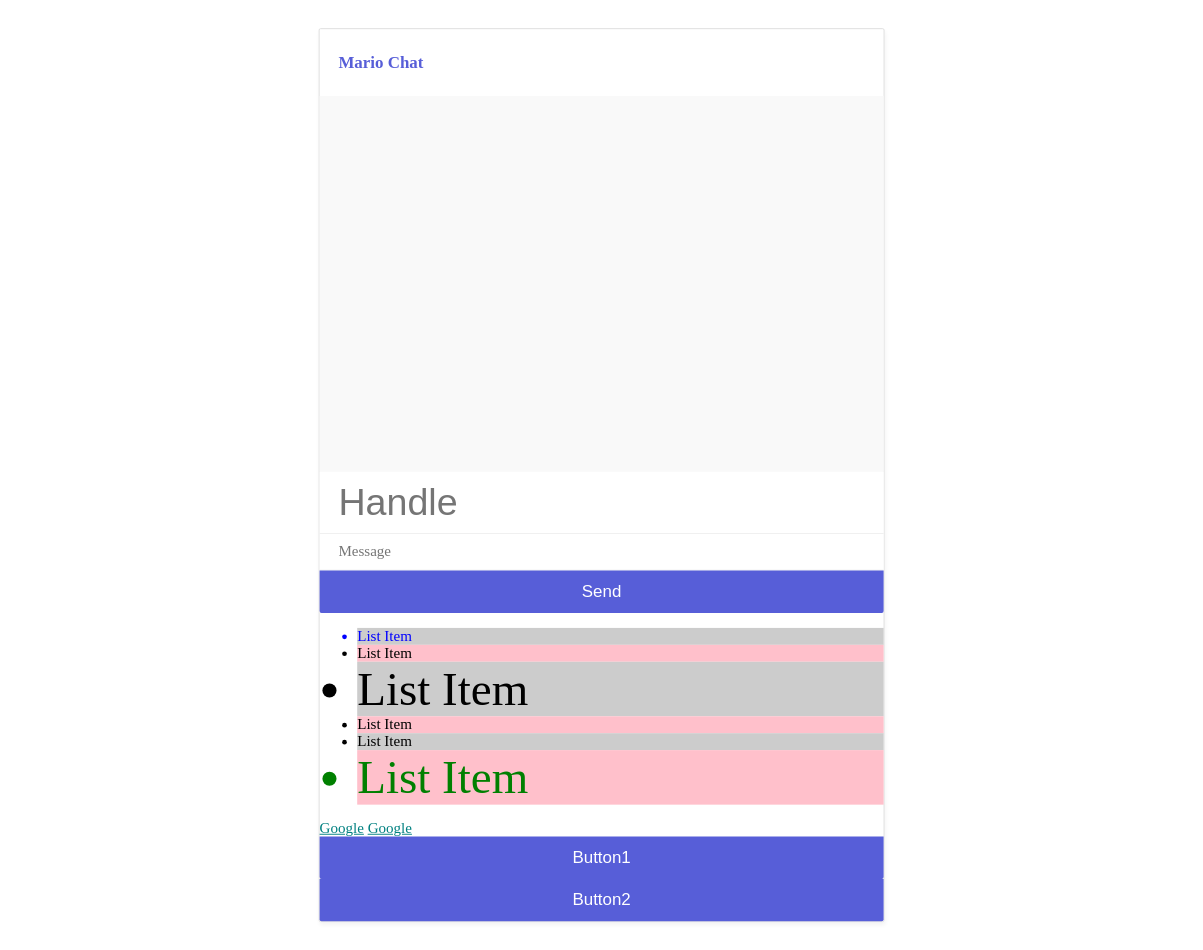
Repository: Promethees/websockets-playlist
Page: public/index.html
An editor plug-in stored every save of this project. The page is shown before and after the next save, followed by the edit.
The browser window is 1280 px wide. The pictures show the whole page, at 94% of full size.
The page's requests for data from a server got no answer. Some web libraries are served in a nearby version.

Above is the page before, as saved 2020-09-08 08:42:46.

### public/index.html
<!DOCTYPE html>
<html>
    <head>
        <meta charset="utf-8">
        <title>WebScockets 101</title>
        <script src="https://cdnjs.cloudflare.com/ajax/libs/socket.io/2.3.0/socket.io.js"></script>
        <script src="https://code.jquery.com/jquery-3.5.1.min.js"></script>
        <link href="./style.css" rel="stylesheet" type = "text/css" />
    </head>
    <body>
        <div id="mario-chat">
            <h2>Mario Chat</h2>
            <div id="chat-window">
                <div id="output"></div>
                <div id="feedback"></div><!-- <display "typing .... message"> -->

            </div>
            <input id="handle" type="text" placeholder="Handle" />
            <input id="message" type="text" placeholder="Message" />
            <button id="send">Send</button>
            <ul id = "list">
                <li>List Item</li>
                <li>List Item</li>
                <li>List Item</li>
                <li>List Item</li>
                <li>List Item</li>
                <li>List Item</li>
            </ul>
            <a href="https://code.jquery.com/jquery-3.5.1.min.js">Google</a>
            <a href="https://code.jquery.com/jquery-3.5.1.min.js">Google</a>
            <button id="btn1">Button1</button>
            <button id= "btn2">Button2</button>

        </div>
        <script>
            //$('h2').hide();
            //$('div').hide();
            //$('#message').css('color','blue');
            $('ul#list li:first').css('color','blue');
            $('ul#list li:last').css('color','green');
            $('ul#list li:odd').css('background-color','pink');
            $('ul#list li:even').css('background-color','#cccccc');
            $('ul#list li:nth-child(3n)').css('font-size','50px'); //For 3,6,9 list items
            $(':text#handle').css('font-size','40px');
            $(':text#handle').css('font-family','arial');
            $('[href]').css('color','teal')
            //$('*').hide() //select everything
            $(document).ready(function() {
                $('#btn1').click(function() {
                    $('#chat-window').hide();
                })
                $('#btn2').click(function() {
                    $('#chat-window').show();
                })
            })
        </script>
    </body>
    <script src="/chat.js"></script>
</html>

### public/style.css
body{
    font-family: 'Nunito';
}

h2{
    font-size: 18px;
    padding: 10px 20px;
    color: #575ed8;
}

#mario-chat{
    max-width: 600px;
    margin: 30px auto;
    border: 1px solid #ddd;
    box-shadow: 1px 3px 5px rgba(0,0,0,0.05);
    border-radius: 2px;
}

#chat-window{
    height: 400px;
    overflow: auto;
    background: #f9f9f9;
}

#output p{
    padding: 14px 0px;
    margin: 0 20px;
    border-bottom: 1px solid #e9e9e9;
    color: #555;
}

#feedback p{
    color: #aaa;
    padding: 14px 0px;
    margin: 0 20px;
}

#output strong{
    color: #575ed8;
}

label{
    box-sizing: border-box;
    display: block;
    padding: 10px 20px;
}

input{
    padding: 10px 20px;
    box-sizing: border-box;
    background: #eee;
    border: 0;
    display: block;
    width: 100%;
    background: #fff;
    border-bottom: 1px solid #eee;
    font-family: Nunito;
    font-size: 16px;
}

button{
    background: #575ed8;
    color: #fff;
    font-size: 18px;
    border: 0;
    padding: 12px 0;
    width: 100%;
    border-radius: 0 0 2px 2px;
}

### public/chat.js
// Make connection
//var socket = io.connect('http://localhost:4000');
//var socket = io.connect('https://chatboj.herokuapp.com/');
var socket = io.connect('/');

// Query DOM
var message = document.getElementById('message'),
      handle = document.getElementById('handle'),
      btn = document.getElementById('send'),
      output = document.getElementById('output');
    feedback = document.getElementById('feedback');

// Emit events (see the index.js to know how it handle)
btn.addEventListener('click', function(){
  socket.emit('chat', {
      message: message.value,
      handle: handle.value
  });
  message.value = "";
});

message.addEventListener('keypress',function() {
    socket.emit('typing',handle.value);
});

// Listen for events (retrieve event from the server)
socket.on('chat', function(data){
    feedback.innerHTML = ""; //Clear the typing queue while have submitted the message
    //Modify the message in HTMLs
    output.innerHTML += '<p><strong>' + data.handle + ': </strong>' + data.message + '</p>';
});

socket.on('typing',function(data) {
    // the data here is the handle.value (since the action is 'typing')
    feedback.innerHTML = '<p><em>'+data+'is typing message...'+'</em></p>';
});

After the next save:
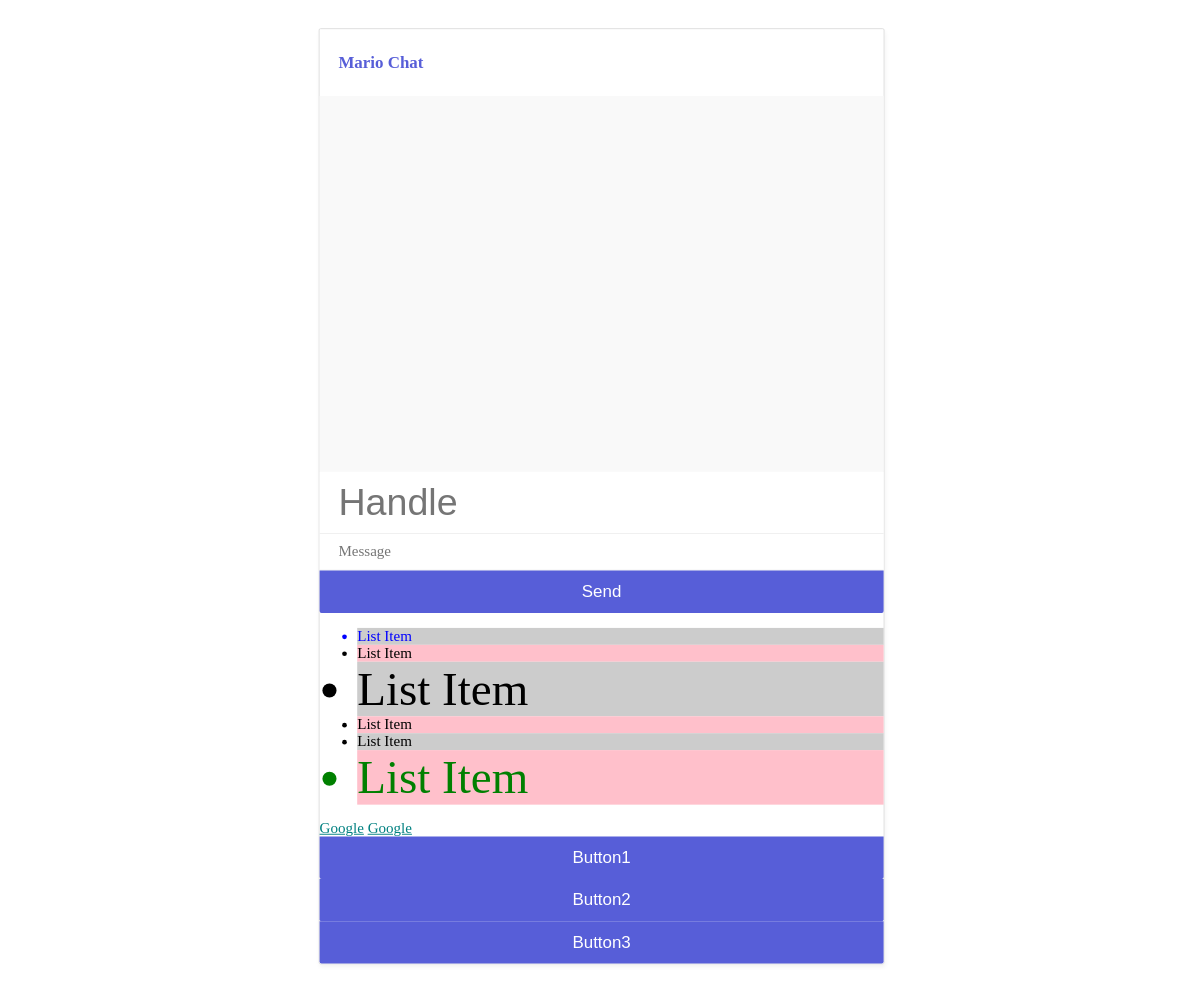
Saved 3 min 6 s later.
--- a/public/index.html
+++ b/public/index.html
@@ -30,7 +30,7 @@
             <a href="https://code.jquery.com/jquery-3.5.1.min.js">Google</a>
             <button id="btn1">Button1</button>
             <button id= "btn2">Button2</button>
-
+            <button id= "btn3">Button3</button>
         </div>
         <script>
             //$('h2').hide();
@@ -52,6 +52,9 @@
                 $('#btn2').click(function() {
                     $('#chat-window').show();
                 })
+                $('#btn3').click(function() {
+                    $('#chat-window').toggle();
+                })
             })
         </script>
     </body>
